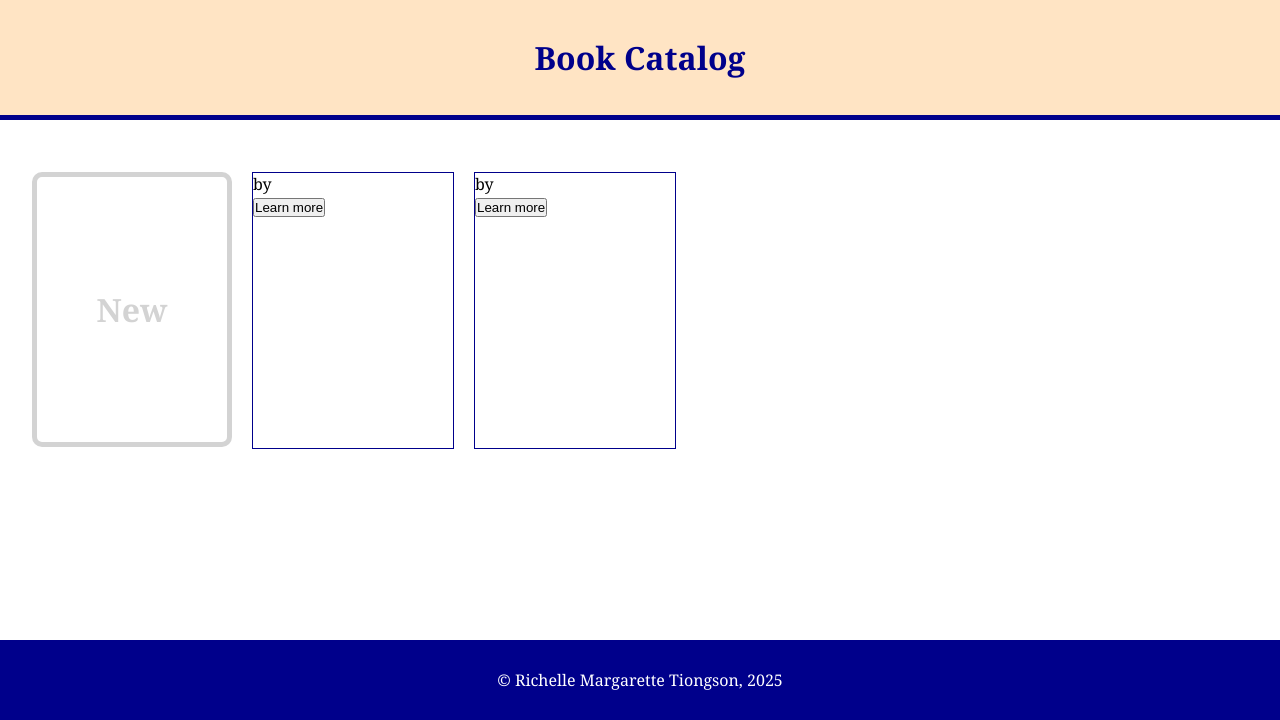
Repository: richelletiongson/comp3170_lab01
Page: /
These files come from the project's save history. The page is drawn as it stood at one moment and after the next save; the edit follows.
The browser window is 1280 px wide. The pictures show the whole page.
The project was rebuilt for these pictures with package versions that can differ from the ones it lists, and the page was loaded fresh each time. Also part of the build but not shown: vite.config.js.

Above is the page before, as saved 2025-09-14 00:21:25.

After the next save:
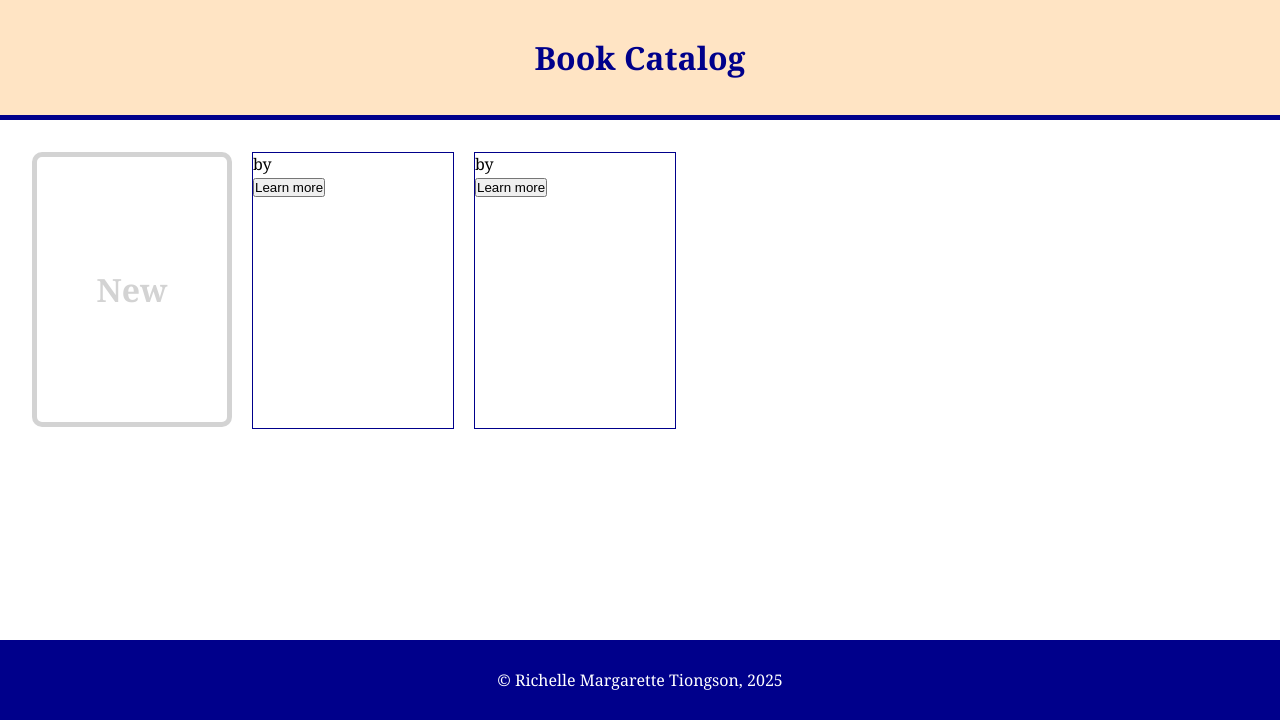
Saved 4 s later.
--- a/src/index.css
+++ b/src/index.css
@@ -62,7 +62,6 @@ body {
   flex-direction: row;
   justify-content:flex-start;
   padding-top: 0;
-  margin-top: 20px;
   gap: 20px;
 }
 
